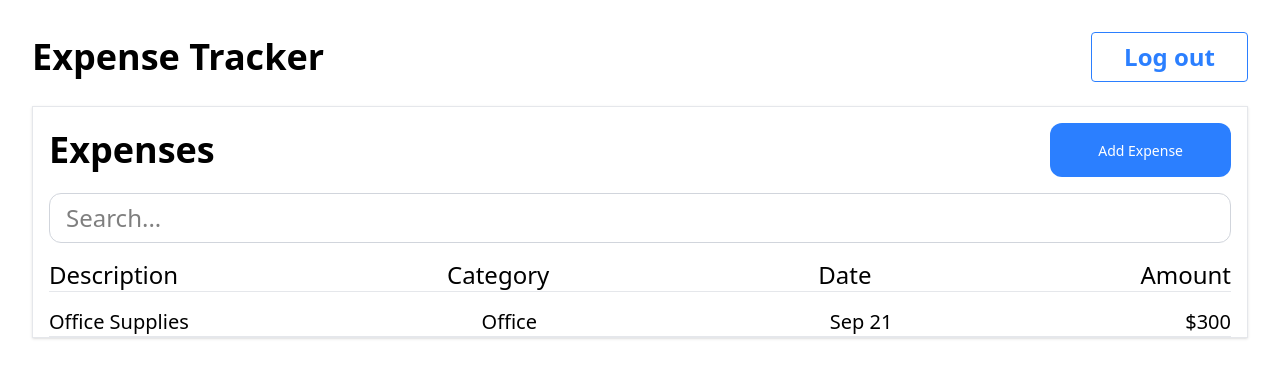
Repository: Syed-Mohsin-Ali786/frontend-expense-tracker
Page: /
These files come from the project's save history. The page is drawn as it stood at one moment and after the next save; the edit follows.
The browser window is 1280 px wide. The pictures show the whole page.
The project was rebuilt for these pictures with package versions that can differ from the ones it lists, and the page was loaded fresh each time. Also part of the build but not shown: src/components/ui/input.tsx, src/components/ui/label.tsx.

Above is the page before, as saved 2025-09-29 10:11:26.

### src/App.tsx
import "./App.css";
import { AddExpenseDialog } from "./components/AddExpenseDialog";

function App() {
  const handleClick=()=>{
  }
  return (
    <div className=" mt-4 mx-4 p-4">
      {/* Header */}
      <header className="flex items-center justify-between">
        <h1 className="text-4xl  font-semibold">Expense Tracker</h1>
        <button className="cursor-pointer border border-blue-500 py-2 px-3 md:px-6 lg:px-8 rounded font-semibold text-blue-500 text-2xl hover:bg-blue-500 hover:text-[#fff]">
          Log out
        </button>
      </header>

      {/* The main page */}
      <section className="mt-6 shadow border-gray-200 border px-4">
        {/* Expenses */}
        <div className="flex flex-col justify-between mt-4 ">
          <div className="flex justify-between items-center ">
            <h1 className="text-4xl  font-semibold">Expenses</h1>
            <button onClick={handleClick} className="cursor-pointer hover:bg-blue-600 bg-blue-500  py-2 px-3 md:px-6 lg:px-8 rounded-[12px] font-semibold text-[#ffff] text-2xl">

            <AddExpenseDialog/>
            </button>
          </div>
          <div>
            <input
              type="text"
              placeholder="Search..."
              className="py-2 px-4 w-full text-2xl border-gray-300 border rounded-[12px] mt-4 outline-gray-500 "
              />
            <div className="flex text-2xl items-center justify-between mt-4 border-gray-200 border-b">
              <p>Description</p>
              <p>Category</p>
              <p>Date</p>
              <p>Amount</p>
            </div>
            <div className="flex text-xl items-center justify-between mt-4 border-gray-200 border-b">
              <p>Office Supplies</p>
              <p>Office</p>
              <p> Sep 21</p>
              <p>$300</p>
            </div>
          </div>
        </div>
        {/* Charts */}
        <div>

        </div>
      </section>
    </div>
  );
}

export default App;

### src/components/AddExpenseDialog.tsx
import {
  Dialog,
  DialogContent,
  DialogHeader,
  DialogTitle,
  DialogTrigger,
} from "@/components/ui/dialog"
import { Button } from "@/components/ui/button"
import { Input } from "@/components/ui/input"
import { Label } from "@/components/ui/label"

export function AddExpenseDialog() {
  return (
    <Dialog>
      <DialogTrigger asChild>
        <Button>Add Expense</Button>
      </DialogTrigger>
      <DialogContent>
        <DialogHeader>
          <DialogTitle>Add New Expense</DialogTitle>
        </DialogHeader>
        <form className="space-y-4">
          <div>
            <Label>Amount</Label>
            <Input type="number" placeholder="Enter amount" />
          </div>
          <div>
            <Label>Category</Label>
            <Input type="text" placeholder="Food, Travel, etc." />
          </div>
          <div>
            <Label>Date</Label>
            <Input type="date" />
          </div>
          <div>
            <Label>Description</Label>
            <Input type="text" placeholder="Optional description" />
          </div>
          <Button type="submit" className="w-full">Save</Button>
        </form>
      </DialogContent>
    </Dialog>
  )
}

### src/components/ui/dialog.tsx
import * as React from "react"
import * as DialogPrimitive from "@radix-ui/react-dialog"
import { XIcon } from "lucide-react"

import { cn } from "@/lib/utils"

function Dialog({
  ...props
}: React.ComponentProps<typeof DialogPrimitive.Root>) {
  return <DialogPrimitive.Root data-slot="dialog" {...props} />
}

function DialogTrigger({
  ...props
}: React.ComponentProps<typeof DialogPrimitive.Trigger>) {
  return <DialogPrimitive.Trigger data-slot="dialog-trigger" {...props} />
}

function DialogPortal({
  ...props
}: React.ComponentProps<typeof DialogPrimitive.Portal>) {
  return <DialogPrimitive.Portal data-slot="dialog-portal" {...props} />
}

function DialogClose({
  ...props
}: React.ComponentProps<typeof DialogPrimitive.Close>) {
  return <DialogPrimitive.Close data-slot="dialog-close" {...props} />
}

function DialogOverlay({
  className,
  ...props
}: React.ComponentProps<typeof DialogPrimitive.Overlay>) {
  return (
    <DialogPrimitive.Overlay
      data-slot="dialog-overlay"
      className={cn(
        "data-[state=open]:animate-in data-[state=closed]:animate-out data-[state=closed]:fade-out-0 data-[state=open]:fade-in-0 fixed inset-0 z-50 bg-black/50",
        className
      )}
      {...props}
    />
  )
}

function DialogContent({
  className,
  children,
  showCloseButton = true,
  ...props
}: React.ComponentProps<typeof DialogPrimitive.Content> & {
  showCloseButton?: boolean
}) {
  return (
    <DialogPortal data-slot="dialog-portal">
      <DialogOverlay />
      <DialogPrimitive.Content
        data-slot="dialog-content"
        className={cn(
          "bg-background data-[state=open]:animate-in data-[state=closed]:animate-out data-[state=closed]:fade-out-0 data-[state=open]:fade-in-0 data-[state=closed]:zoom-out-95 data-[state=open]:zoom-in-95 fixed top-[50%] left-[50%] z-50 grid w-full max-w-[calc(100%-2rem)] translate-x-[-50%] translate-y-[-50%] gap-4 rounded-lg border p-6 shadow-lg duration-200 sm:max-w-lg",
          className
        )}
        {...props}
      >
        {children}
        {showCloseButton && (
          <DialogPrimitive.Close
            data-slot="dialog-close"
            className="ring-offset-background focus:ring-ring data-[state=open]:bg-accent data-[state=open]:text-muted-foreground absolute top-4 right-4 rounded-xs opacity-70 transition-opacity hover:opacity-100 focus:ring-2 focus:ring-offset-2 focus:outline-hidden disabled:pointer-events-none [&_svg]:pointer-events-none [&_svg]:shrink-0 [&_svg:not([class*='size-'])]:size-4"
          >
            <XIcon />
            <span className="sr-only">Close</span>
          </DialogPrimitive.Close>
        )}
      </DialogPrimitive.Content>
    </DialogPortal>
  )
}

function DialogHeader({ className, ...props }: React.ComponentProps<"div">) {
  return (
    <div
      data-slot="dialog-header"
      className={cn("flex flex-col gap-2 text-center sm:text-left", className)}
      {...props}
    />
  )
}

function DialogFooter({ className, ...props }: React.ComponentProps<"div">) {
  return (
    <div
      data-slot="dialog-footer"
      className={cn(
        "flex flex-col-reverse gap-2 sm:flex-row sm:justify-end",
        className
      )}
      {...props}
    />
  )
}

function DialogTitle({
  className,
  ...props
}: React.ComponentProps<typeof DialogPrimitive.Title>) {
  return (
    <DialogPrimitive.Title
      data-slot="dialog-title"
      className={cn("text-lg leading-none font-semibold", className)}
      {...props}
    />
  )
}

function DialogDescription({
  className,
  ...props
}: React.ComponentProps<typeof DialogPrimitive.Description>) {
  return (
    <DialogPrimitive.Description
      data-slot="dialog-description"
      className={cn("text-muted-foreground text-sm", className)}
      {...props}
    />
  )
}

export {
  Dialog,
  DialogClose,
  DialogContent,
  DialogDescription,
  DialogFooter,
  DialogHeader,
  DialogOverlay,
  DialogPortal,
  DialogTitle,
  DialogTrigger,
}

### src/components/ui/button.tsx
import * as React from "react"
import { Slot } from "@radix-ui/react-slot"
import { cva, type VariantProps } from "class-variance-authority"

import { cn } from "@/lib/utils"

const buttonVariants = cva(
  "inline-flex items-center justify-center gap-2 whitespace-nowrap rounded-md text-sm font-medium transition-all disabled:pointer-events-none disabled:opacity-50 [&_svg]:pointer-events-none [&_svg:not([class*='size-'])]:size-4 shrink-0 [&_svg]:shrink-0 outline-none focus-visible:border-ring focus-visible:ring-ring/50 focus-visible:ring-[3px] aria-invalid:ring-destructive/20 dark:aria-invalid:ring-destructive/40 aria-invalid:border-destructive",
  {
    variants: {
      variant: {
        default: "bg-primary text-primary-foreground hover:bg-primary/90",
        destructive:
          "bg-destructive text-white hover:bg-destructive/90 focus-visible:ring-destructive/20 dark:focus-visible:ring-destructive/40 dark:bg-destructive/60",
        outline:
          "border bg-background shadow-xs hover:bg-accent hover:text-accent-foreground dark:bg-input/30 dark:border-input dark:hover:bg-input/50",
        secondary:
          "bg-secondary text-secondary-foreground hover:bg-secondary/80",
        ghost:
          "hover:bg-accent hover:text-accent-foreground dark:hover:bg-accent/50",
        link: "text-primary underline-offset-4 hover:underline",
      },
      size: {
        default: "h-9 px-4 py-2 has-[>svg]:px-3",
        sm: "h-8 rounded-md gap-1.5 px-3 has-[>svg]:px-2.5",
        lg: "h-10 rounded-md px-6 has-[>svg]:px-4",
        icon: "size-9",
      },
    },
    defaultVariants: {
      variant: "default",
      size: "default",
    },
  }
)

function Button({
  className,
  variant,
  size,
  asChild = false,
  ...props
}: React.ComponentProps<"button"> &
  VariantProps<typeof buttonVariants> & {
    asChild?: boolean
  }) {
  const Comp = asChild ? Slot : "button"

  return (
    <Comp
      data-slot="button"
      className={cn(buttonVariants({ variant, size, className }))}
      {...props}
    />
  )
}

export { Button, buttonVariants }

Loaded but not shown: index.html (common file); src/main.tsx (common file); src/App.css (common file); src/lib/utils.ts (common file)

After the next save:
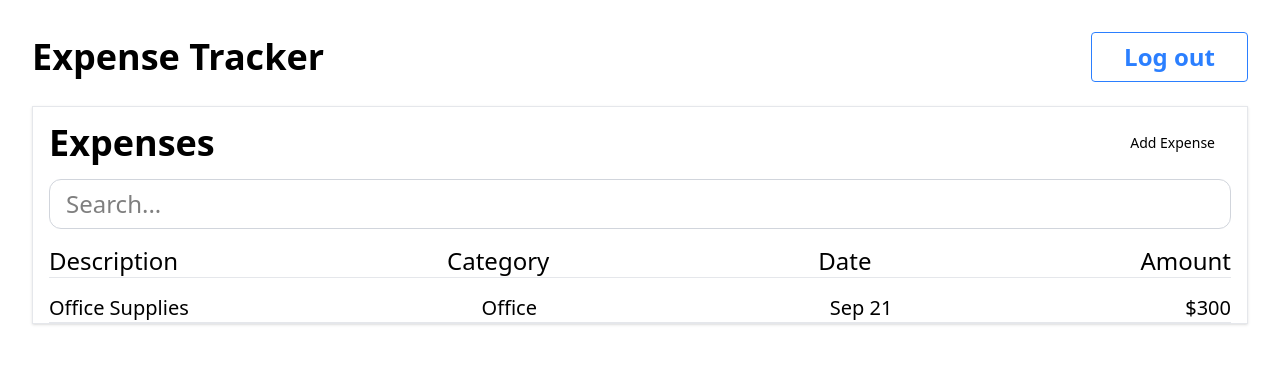
Saved 35 s later.
--- a/src/App.tsx
+++ b/src/App.tsx
@@ -2,8 +2,7 @@ import "./App.css";
 import { AddExpenseDialog } from "./components/AddExpenseDialog";
 
 function App() {
-  const handleClick=()=>{
-  }
+  const handleClick = () => {};
   return (
     <div className=" mt-4 mx-4 p-4">
       {/* Header */}
@@ -20,17 +19,15 @@ function App() {
         <div className="flex flex-col justify-between mt-4 ">
           <div className="flex justify-between items-center ">
             <h1 className="text-4xl  font-semibold">Expenses</h1>
-            <button onClick={handleClick} className="cursor-pointer hover:bg-blue-600 bg-blue-500  py-2 px-3 md:px-6 lg:px-8 rounded-[12px] font-semibold text-[#ffff] text-2xl">
 
-            <AddExpenseDialog/>
-            </button>
+            <AddExpenseDialog />
           </div>
           <div>
             <input
               type="text"
               placeholder="Search..."
               className="py-2 px-4 w-full text-2xl border-gray-300 border rounded-[12px] mt-4 outline-gray-500 "
-              />
+            />
             <div className="flex text-2xl items-center justify-between mt-4 border-gray-200 border-b">
               <p>Description</p>
               <p>Category</p>
@@ -46,9 +43,7 @@ function App() {
           </div>
         </div>
         {/* Charts */}
-        <div>
-
-        </div>
+        <div></div>
       </section>
     </div>
   );
